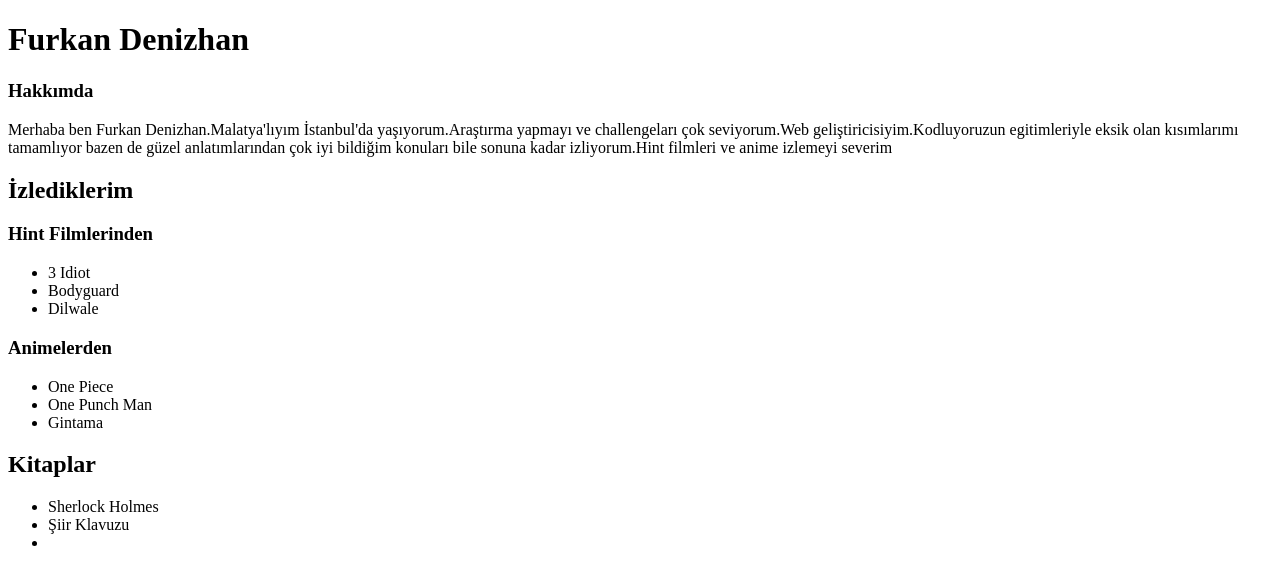
Repository: nevisende/homeworks
Page: 1-Html/index.html
The author's editor kept a copy of each file at every save. The page is drawn from the files as they stood at one save, then again after the next save.
The browser window is 1280 px wide. The pictures show the part of the page from y = 0 to 586 px (the page is 898 px tall).
Pictures or frames that could not be fetched are drawn as grey boxes.

Above is the page before, as saved 2021-08-08 12:41:44.

After the next save:
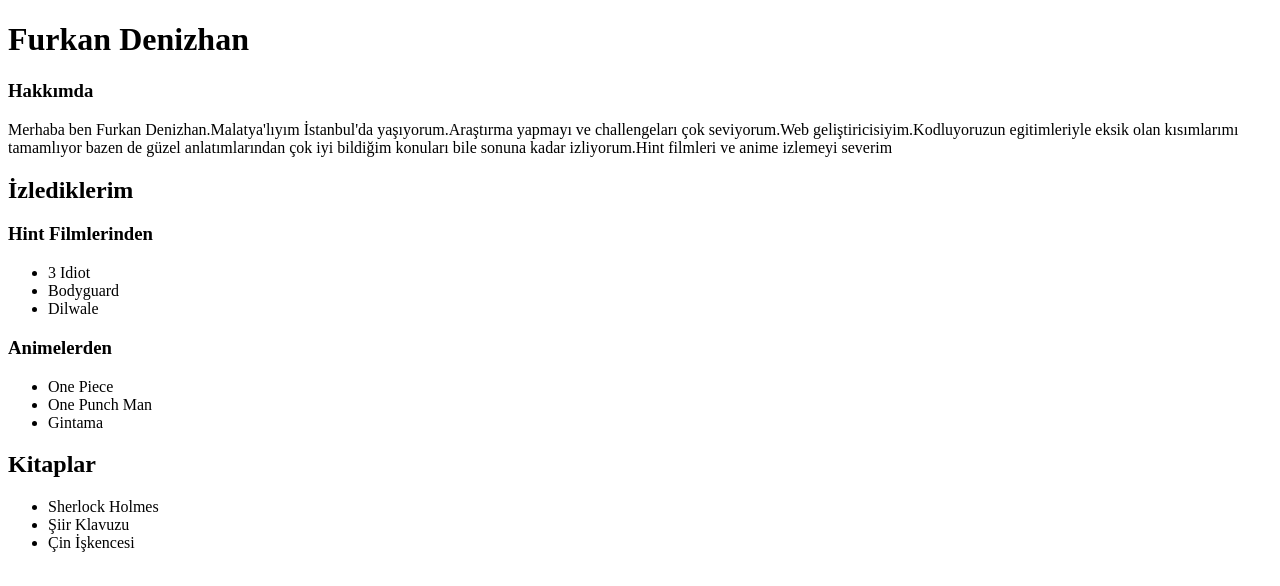
Saved 40 s later.
--- a/1-Html/index.html
+++ b/1-Html/index.html
@@ -14,7 +14,7 @@
     <h2>İzlediklerim</h2>
     <h3>Hint Filmlerinden</h3>
     <ul>
-        <li>3 Idiot</li>
+        <li><a href=""></a> 3 Idiot</li>
         <li>Bodyguard</li>
         <li>Dilwale</li>
     </ul>
@@ -30,7 +30,7 @@
     <ul>
         <li>Sherlock Holmes</li>
         <li>Şiir Klavuzu</li>
-        <li></li>
+        <li>Çin İşkencesi</li>
     </ul>
 
     <br>
